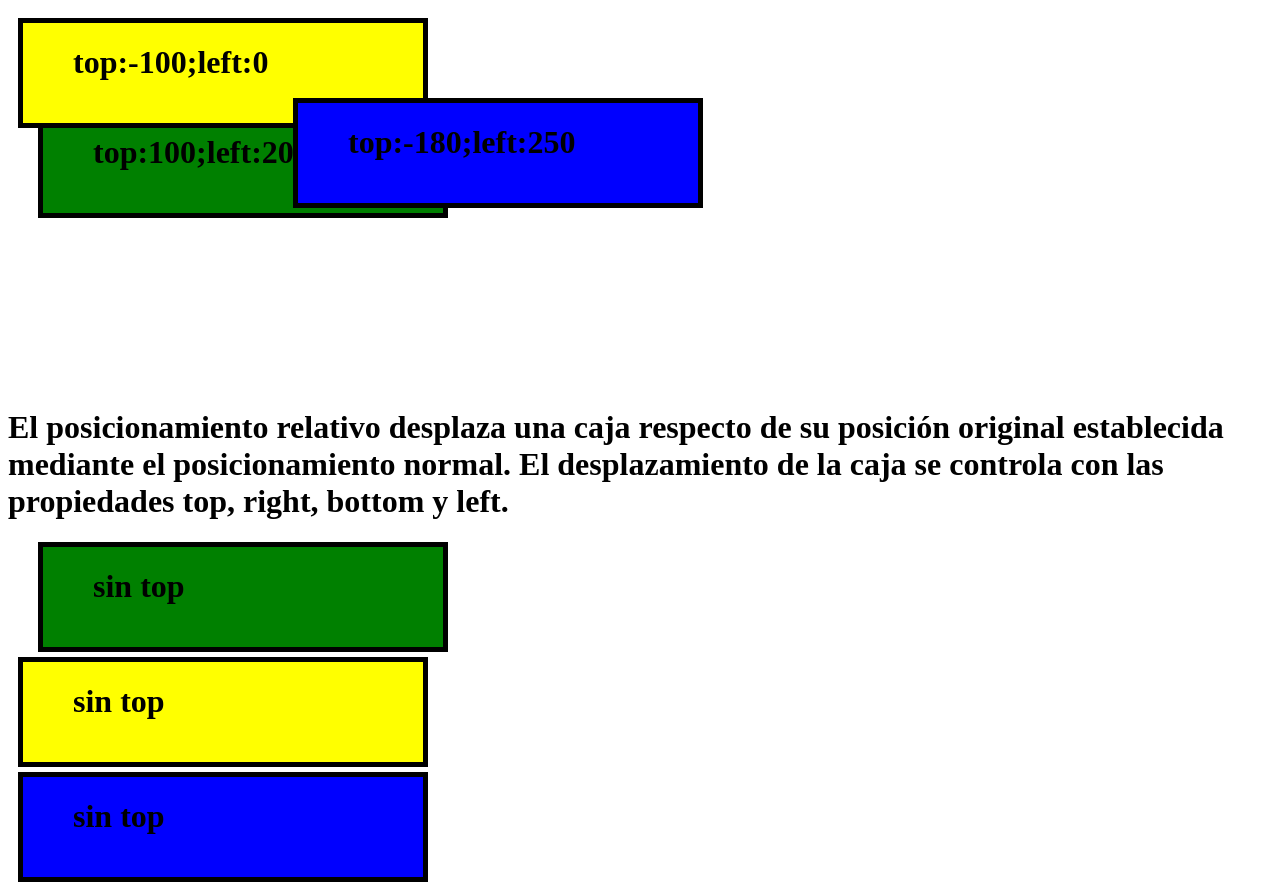
Repository: antonio63j/misNotas
Page: software/CSS/Demos/aptana_proyect/src/relativo.html
These files come from the project's save history. The page is drawn as it stood at one moment and after the next save; the edit follows.
The browser window is 1280 px wide. The pictures show the whole page.

Above is the page before, as saved 2017-04-23 17:34:14.

After the next save:
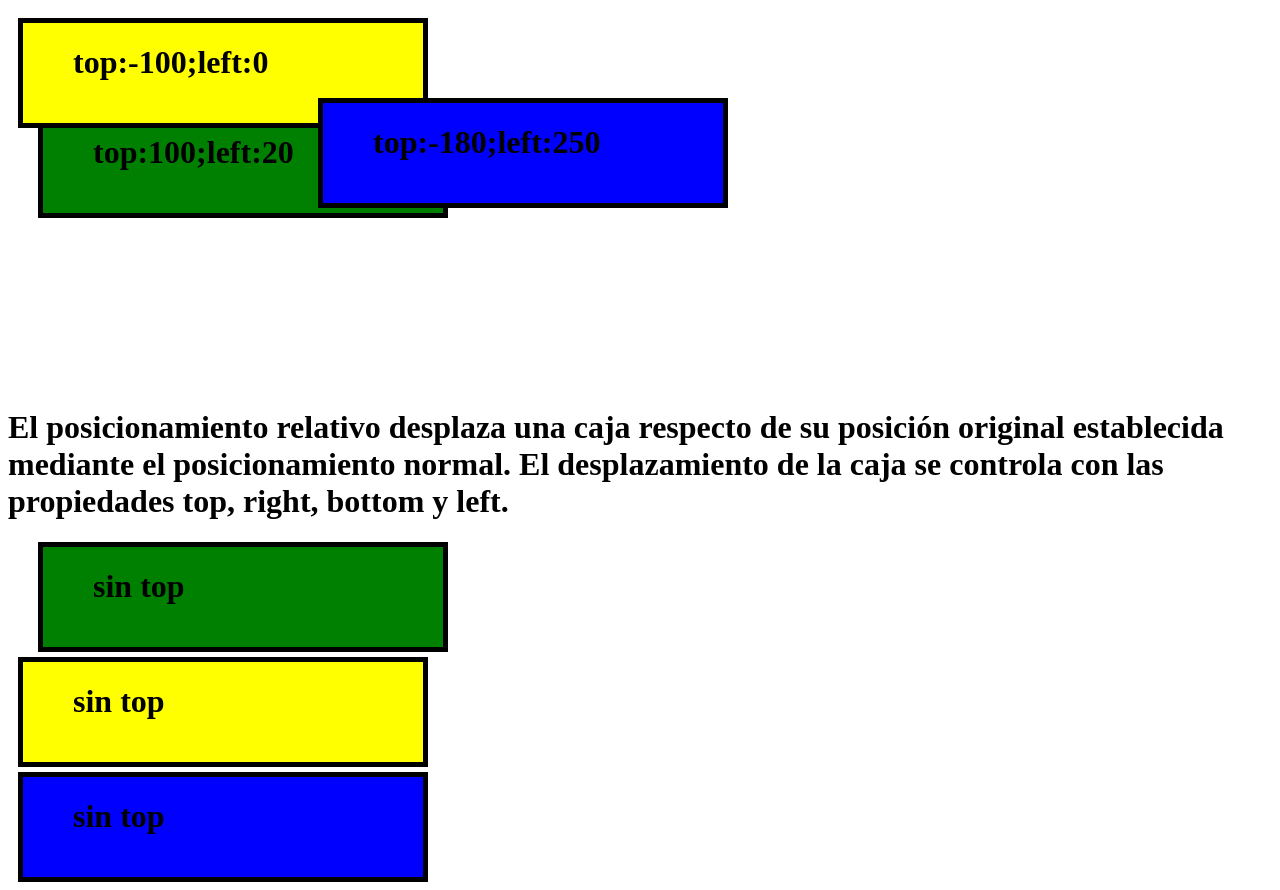
Saved 17 s later.
--- a/software/CSS/Demos/aptana_proyect/src/relativo.html
+++ b/software/CSS/Demos/aptana_proyect/src/relativo.html
@@ -36,7 +36,7 @@
   position:relative;
   top:-180px;
   width: 300px;
-  left:275px;
+  left:300px;
   height:100px;
   padding-left:  50px;
   padding-right: 50px;
